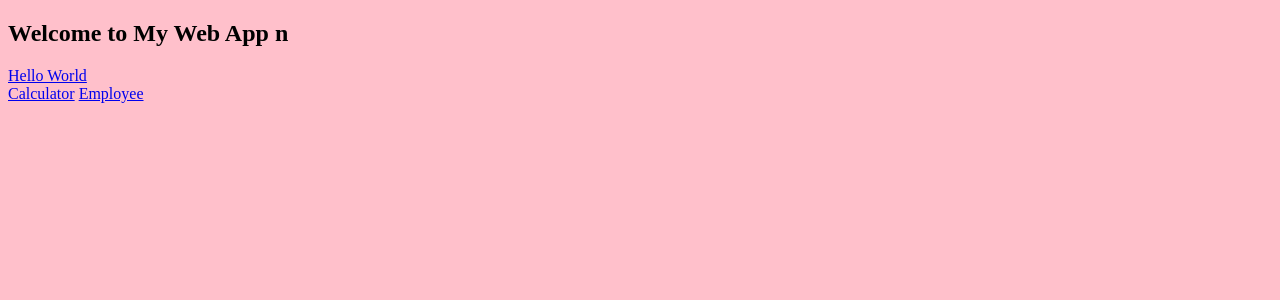
Repository: shashwat13mishra/javatraining
Page: mywebapp/src/main/webapp/index.html
The author's editor kept a copy of each file at every save. The page is drawn from the files as they stood at one save, then again after the next save.
The browser window is 1280 px wide. The pictures show the whole page.

Above is the page before, as saved 2019-07-16 06:58:19.

### mywebapp/src/main/webapp/index.html
<!DOCTYPE html>
<html>
<head>
<meta charset="UTF-8">
<title>Insert title here</title>
</head>
<body bgcolor="pink">

<h2>Welcome to My Web App n</h2>

<a href=hello>Hello World</a> <br>
<a href=calc.html>Calculator</a>
<a href=productform.html>Employee</a>

</body>
</html>

After the next save:
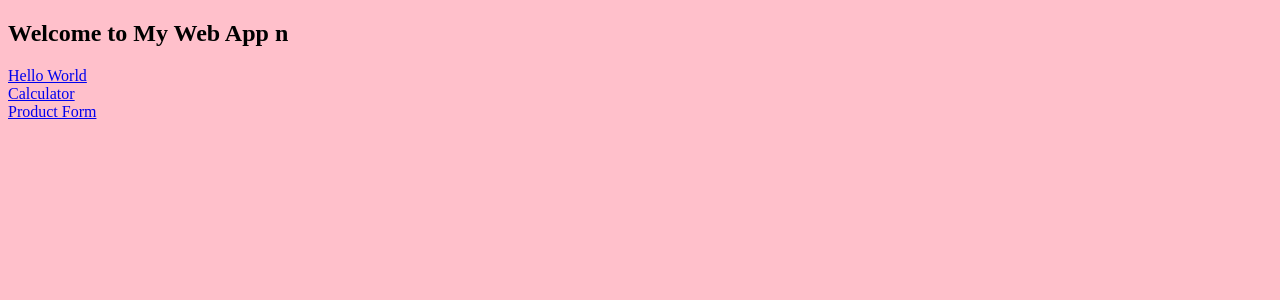
Saved 21 s later.
--- a/mywebapp/src/main/webapp/index.html
+++ b/mywebapp/src/main/webapp/index.html
@@ -9,8 +9,8 @@
 <h2>Welcome to My Web App n</h2>
 
 <a href=hello>Hello World</a> <br>
-<a href=calc.html>Calculator</a>
-<a href=productform.html>Employee</a>
+<a href=calc.html>Calculator</a> <br>
+<a href=productform.html>Product Form</a>
 
 </body>
 </html>
